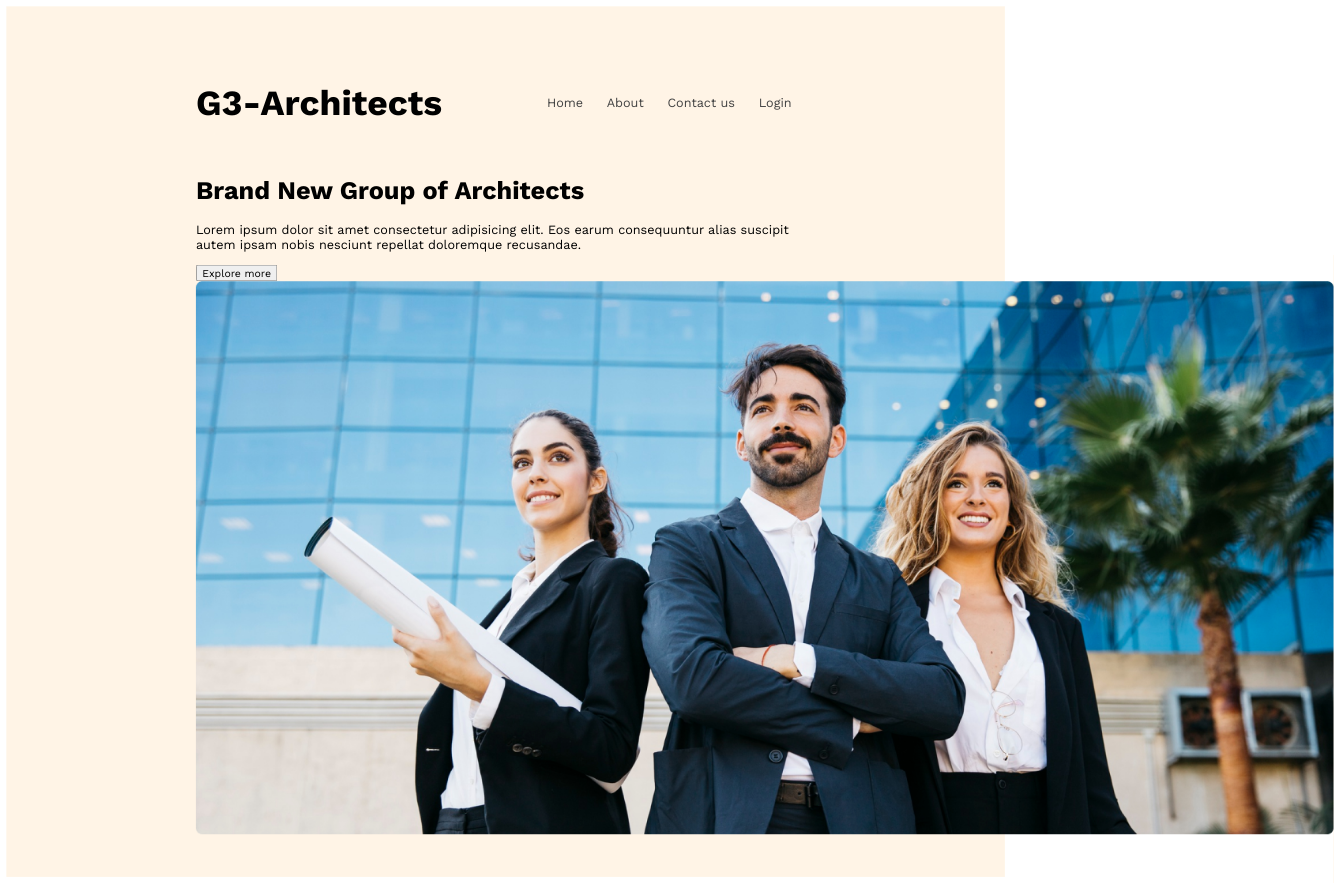
Repository: RudrasahaDibos/architects-resources
Page: index.html
These files come from the project's save history. The page is drawn as it stood at one moment and after a run of saves; the edit follows.
The browser window is 1280 px wide. The page is 1688 px wide, so the pictures cover 1688 px, including what lies to the right of the window. The pictures show the whole page, at 79% of full size.

Above is the page before, as saved 2024-10-06 16:45:15.

### index.html
<!DOCTYPE html>
<html lang="en">
<head>
    <meta charset="UTF-8">
    <meta name="viewport" content="width=device-width, initial-scale=1.0">
    <link rel="stylesheet" href="index.css">
    <title>Responsive web side</title>
</head>
<body>
       <header>
              <nav>
                <h3 class="nav-title">G3-Architects</h3>
              <ul>
                 <li><a href="">Home</a></li>
                 <li><a href="">About</a></li>
                 <li><a href="">Contact us</a></li>
                 <li><a href="">Login</a></li>
              </ul>
              </nav>
             <div class="banner">
                <div class="banner-content">
                     <h1 class="banner-title">Brand New Group of Architects</h1>
                     <p class="banner-discription">Lorem ipsum dolor sit amet consectetur adipisicing elit. Eos earum consequuntur alias suscipit autem ipsam nobis nesciunt repellat doloremque recusandae.</p>
                     <button class="btn-banner">Explore more</button>
                </div>
                 <img src="images/banner.png" alt="">
             </div>

       </header>
       <main>

       </main>
       <footer>

       </footer>
</body>
</html>

### index.css
@import url('https://fonts.googleapis.com/css2?family=Work+Sans:ital,wght@0,100..900;1,100..900&display=swap');

*{
    font-family: "Lato", sans-serif;
    font-family: "Open Sans", sans-serif;
    font-family: "Work sans", sans-serif;


}
header{
    background-color: rgba(255,144,14,0.10);
    padding: 50px 240px;

}
.nav-title{
    font-size: 2.8rem;
    font-weight: 700px;
}
nav{
    display: flex;
    justify-content: space-between;
    align-items: center;
}
nav >ul{
    display: flex;
}
nav li{
    list-style: none;
    margin-right: 30px;
    font-weight: 500px;
    font-size: 1rem;
}
 nav li a{
    text-decoration: none;
    color: #424242;
 }

 /* banner style */

 .banner-content{
    max-width: 800px;
    justify-content: center;
 }

After the next 3 saves:
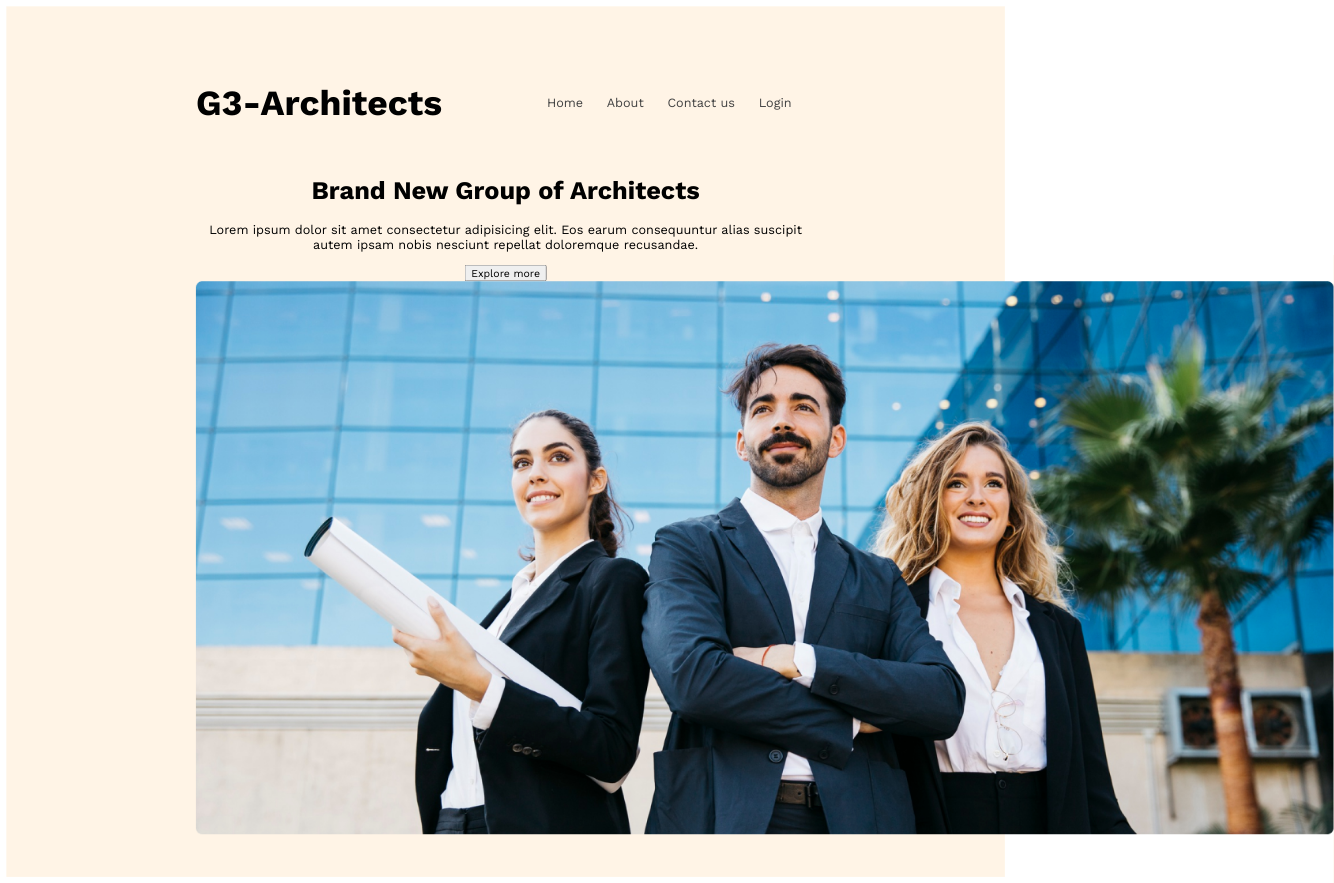
The 3 saves are shown as one change because they came seconds apart.
The last was saved 23 s later.
--- a/index.css
+++ b/index.css
@@ -39,5 +39,5 @@ nav li{
 
  .banner-content{
     max-width: 800px;
-    justify-content: center;
+    text-align: center;
  }
